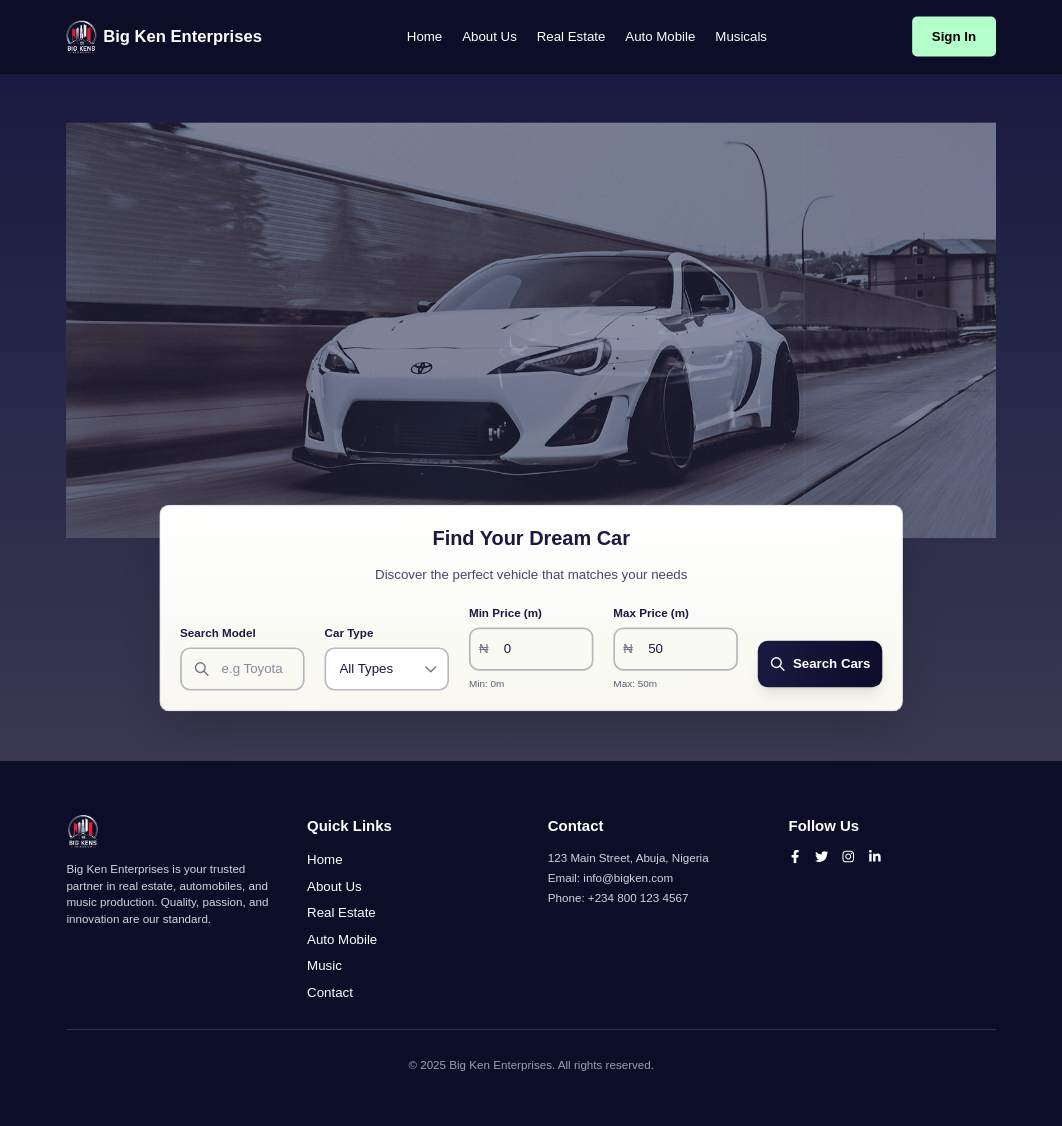
Repository: techvaro/Big-kens-realty-Frontend-react-
Page: /auto-mobile (app in big-kens-realty/)
The author's editor kept a copy of each file at every save. The page is drawn from the files as they stood at one save, then again after the next save.
The browser window is 1280 px wide. The pictures show the whole page, at 83% of full size.
The project was rebuilt for these pictures with package versions that can differ from the ones it lists, and the page was loaded fresh each time. Also part of the build but not shown: big-kens-realty/vite.config.js, big-kens-realty/src/components/Home/hero.jsx, big-kens-realty/src/components/Home/Services.jsx, big-kens-realty/src/components/Home/Stats.jsx, big-kens-realty/src/components/Home/About.jsx, big-kens-realty/src/components/Home/FeaturedProperties.jsx, big-kens-realty/src/components/Home/AutoMobileSale.jsx, big-kens-realty/src/components/Home/RecentProductions.jsx and 11 more.

Above is the page before, as saved 2025-12-10 11:25:26.

After the next save:
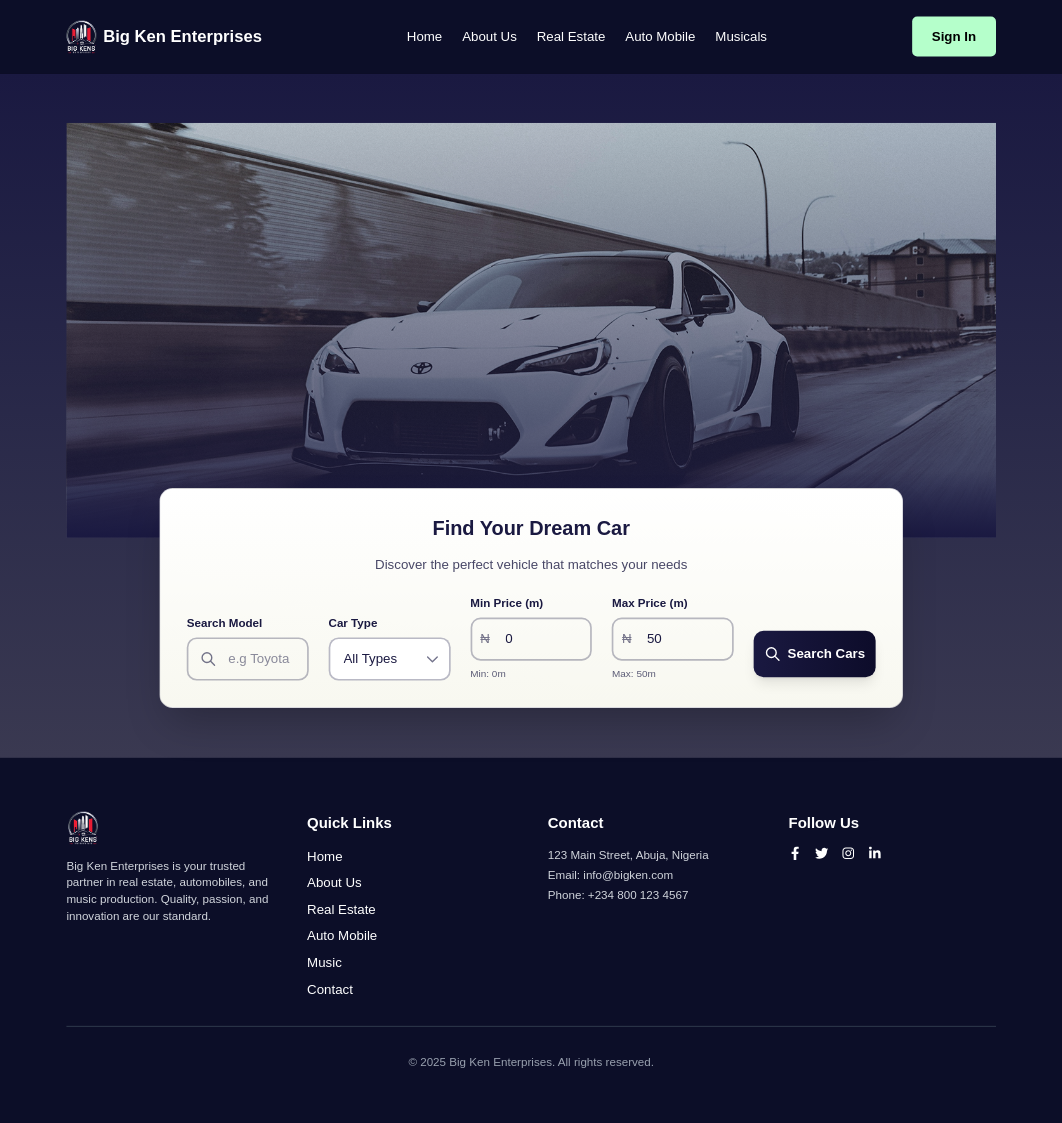
Saved 5 s later.
--- a/big-kens-realty/src/components/Car/Hero.jsx
+++ b/big-kens-realty/src/components/Car/Hero.jsx
@@ -1,6 +1,5 @@
 import { useState } from 'react';
 import carbg from "../../assets/car/carbg.png";
-import transparentCar from '../../assets/image/car.png';
 
 export default function HeroSearchSection() {
   const [searchData, setSearchData] = useState({
@@ -27,28 +26,20 @@ export default function HeroSearchSection() {
 
   return (
     <section className="relative bg-gradient-to-b from-[#1A1941] to-[#3a3951] pb-16">
-      {/* Hero Image matching homepage style */}
-      <div
-        className="relative"
-        style={{
-          backgroundImage: `linear-gradient(rgba(26,25,65,.5), rgba(26,25,65,.5)), url(${carbg})`,
-          backgroundSize: "cover",
-          backgroundPosition: "center",
-          height: "500px"
-        }}
-      >
-        {/* Transparent image overlay similar to homepage */}
-        <div className="absolute inset-0 flex items-center justify-center">
-          <img
-            src={transparentCar}
-            alt="Car silhouette"
-            className="opacity-20 w-2/3 max-w-2xl object-contain mix-blend-lighten"
-          />
-        </div>
+      {/* Hero Image with enhanced overlay */}
+      <div className="relative overflow-hidden">
+        <img
+          src={carbg}
+          className="w-full h-[500px] object-cover opacity-80"
+          alt="Luxury cars background"
+        />
+        {/* Gradient overlay for better visual appeal */}
+        <div className="absolute inset-0 bg-gradient-to-t from-[#1A1941]/80 via-[#1A1941]/40 to-transparent"></div>
+        <div className="absolute bottom-0 left-0 right-0 h-20 bg-gradient-to-t from-[#1A1941] to-transparent"></div>
       </div>
 
       {/* Enhanced Search Box */}
-      <div className="bg-gradient-to-b from-white to-[#f8f8f0] w-11/12 md:w-4/5 mx-auto mt-[-40px] p-6 rounded-xl shadow-2xl z-10 relative border border-[#1A1941]/20">
+      <div className="bg-gradient-to-b from-white to-[#f8f8f0] w-11/12 md:w-4/5 mx-auto mt-[-60px] p-8 rounded-2xl shadow-2xl z-10 relative border border-[#1A1941]/20">
         <div className="text-center mb-6">
           <h2 className="text-2xl font-bold text-[#1A1941]">Find Your Dream Car</h2>
           <p className="text-[#1A1941]/80">Discover the perfect vehicle that matches your needs</p>
